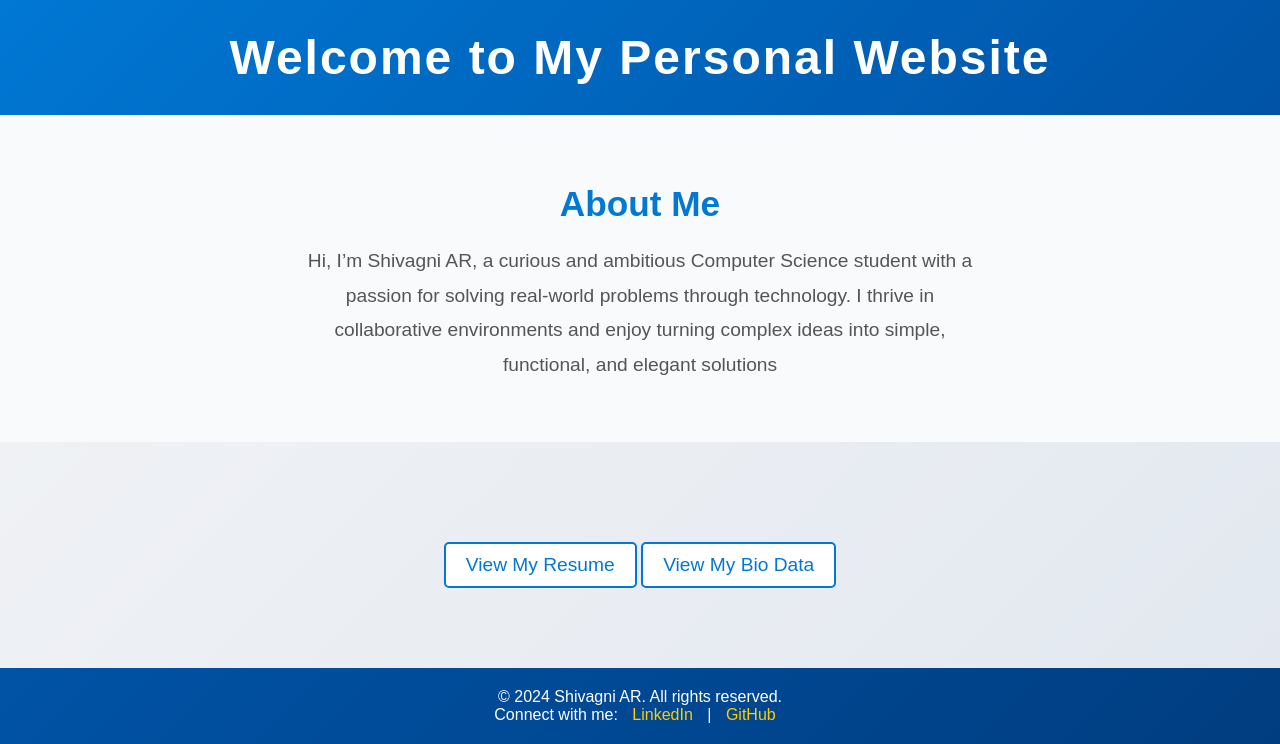
Repository: shivagni518/WEB-1
Page: index.html
The author's editor kept a copy of each file at every save. The page is drawn from the files as they stood at one save, then again after the next save.
The browser window is 1280 px wide. The pictures show the whole page.

Above is the page before, as saved 2024-12-01 16:26:55.

### index.html
<!DOCTYPE html>
<html lang="en">
<head>
    <meta charset="UTF-8">
    <meta name="viewport" content="width=device-width, initial-scale=1.0">
    <title>Home - Personal Website</title>
    <style>
    /* General Styles */
    body {
        font-family: 'Poppins', sans-serif;
        margin: 0;
        padding: 0;
        background: linear-gradient(135deg, #f3f4f6, #e2e8f0);
        color: #333;
        overflow-x: hidden;
    }

    /* Header Styling */
    header {
        background: linear-gradient(135deg, #0078d4, #0053a6);
        color: white;
        text-align: center;
        padding: 30px 0;
        position: relative;
    }

    header h1 {
        font-size: 3em;
        margin: 0;
        font-weight: bold;
        letter-spacing: 2px;
    }

    nav {
        margin-top: 15px;
    }

    nav a {
        color: white;
        text-decoration: none;
        margin: 0 20px;
        font-size: 1.3em;
        padding: 8px 12px;
        border-radius: 5px;
        transition: background 0.3s, transform 0.3s;
    }

    nav a:hover {
        background: rgba(255, 255, 255, 0.2);
        transform: scale(1.1);
    }

    /* Hero Section Styling */
    .hero {
        text-align: center;
        padding: 80px 20px;
        /* background: url('https://via.placeholder.com/1920x1080') no-repeat center center/cover; */
        color: white;
        /* box-shadow: inset 0 0 2000px rgba(0, 0, 0, 0.3); */
    }

    .hero h2 {
        font-size: 2.5em;
        margin-bottom: 20px;
    }

    .hero p {
        font-size: 1.2em;
        line-height: 1.8;
        max-width: 700px;
        margin: 0 auto;
        padding: 10px;
        background: rgba(0, 0, 0, 0.5);
        border-radius: 10px;
    }

    /* Main Content */
    main {
        text-align: center;
        padding: 40px 20px;
        background-color: #f9fafb;
    }

    main h2 {
        font-size: 2.2em;
        color: #0078d4;
        margin-bottom: 20px;
    }

    main p {
        font-size: 1.2em;
        line-height: 1.8;
        max-width: 700px;
        margin: 20px auto;
        color: #555;
    }

    /* Footer Styling */
    footer {
        background: linear-gradient(135deg, #0053a6, #003d80);
        color: white;
        text-align: center;
        padding: 20px 0;
        position: relative;
    }

    footer p {
        margin: 0;
        font-size: 1em;
    }

    footer a {
        color: #ffcc00;
        text-decoration: none;
        margin: 0 10px;
        transition: color 0.3s;
    }

    footer a:hover {
        color: #ffffff;
    }

    /* Button Styles */
    .button {
        display: inline-block;
        padding: 10px 20px;
        font-size: 1.2em;
        color: #0078d4;
        background: white;
        border: 2px solid #0078d4;
        border-radius: 5px;
        text-decoration: none;
        margin-top: 20px;
        transition: background 0.3s, color 0.3s;
    }

    .button:hover {
        background: #0078d4;
        color: white;
    }
</style>
</head>
<body>
    <header>
        <h1>Welcome to My Personal Website</h1>
        <!-- <nav>
            <a href="index.html">Home</a>
            <a href="resume.html">Resume</a>
            <a href="biodata.html">Bio-data</a>
        </nav> -->
    </header>
    <main>
        <h2>About Me</h2>
        <p>
            Hi, I’m Shivagni AR, a curious and ambitious Computer Science student with a passion for solving real-world problems through technology. I thrive in collaborative environments and enjoy turning complex ideas into simple, functional, and elegant solutions
        </p>
    </main>

    <section class="hero">
        <!-- <h2>Hello, I'm Shivagni AR</h2>
        <p>
            I am passionate about Computer Science. Explore this website to learn more about my journey, skills, and achievements. Dive into my resume or bio-data to know me better!
        </p> -->
        <a href="resume.html" class="button">View My Resume</a>
        <a href="biodata.html" class="button">View My Bio Data</a>
    </section>

    <!-- <main>
        <h2>About Me</h2>
        <p>
            Welcome to my personal website! I am Shivagni AR, a SOFTWARE Engineering with a passion for New Ideas.
            I have expertise in logic thinking and a keen interest in coding.
        </p>
    </main> -->

    <footer>
        <p>&copy; 2024 Shivagni AR. All rights reserved.</p>
        <p>Connect with me:
            <a href="www.linkedin.com/in/shivagni-ar-656331263">LinkedIn</a> |
            <a href="https://github.com/shivagni518">GitHub</a>
        </p>
    </footer>
</body>
</html>

After the next save:
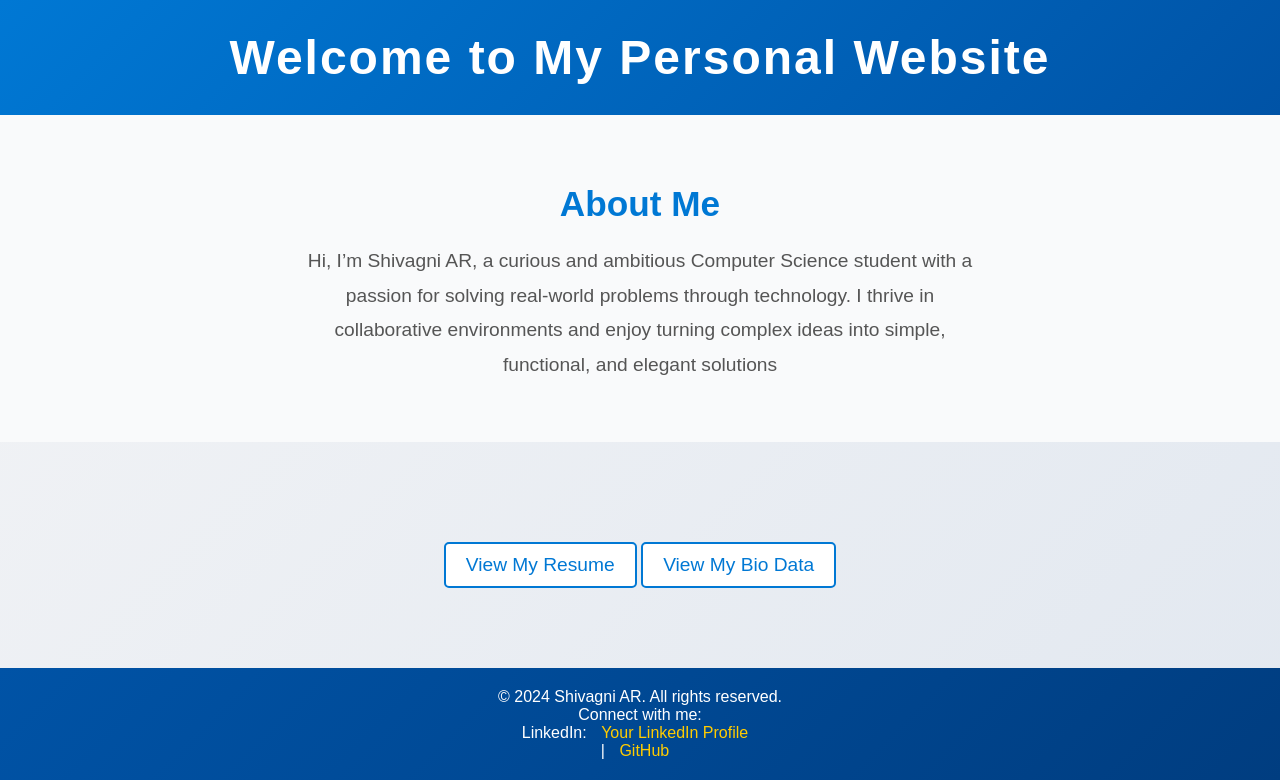
Saved 90 s later.
--- a/index.html
+++ b/index.html
@@ -176,7 +176,7 @@
     <footer>
         <p>&copy; 2024 Shivagni AR. All rights reserved.</p>
         <p>Connect with me:
-            <a href="www.linkedin.com/in/shivagni-ar-656331263">LinkedIn</a> |
+            <p>LinkedIn: <a href="https://www.linkedin.com/in/sathwik-pl/" target="_blank">Your LinkedIn Profile</a></p>|
             <a href="https://github.com/shivagni518">GitHub</a>
         </p>
     </footer>
